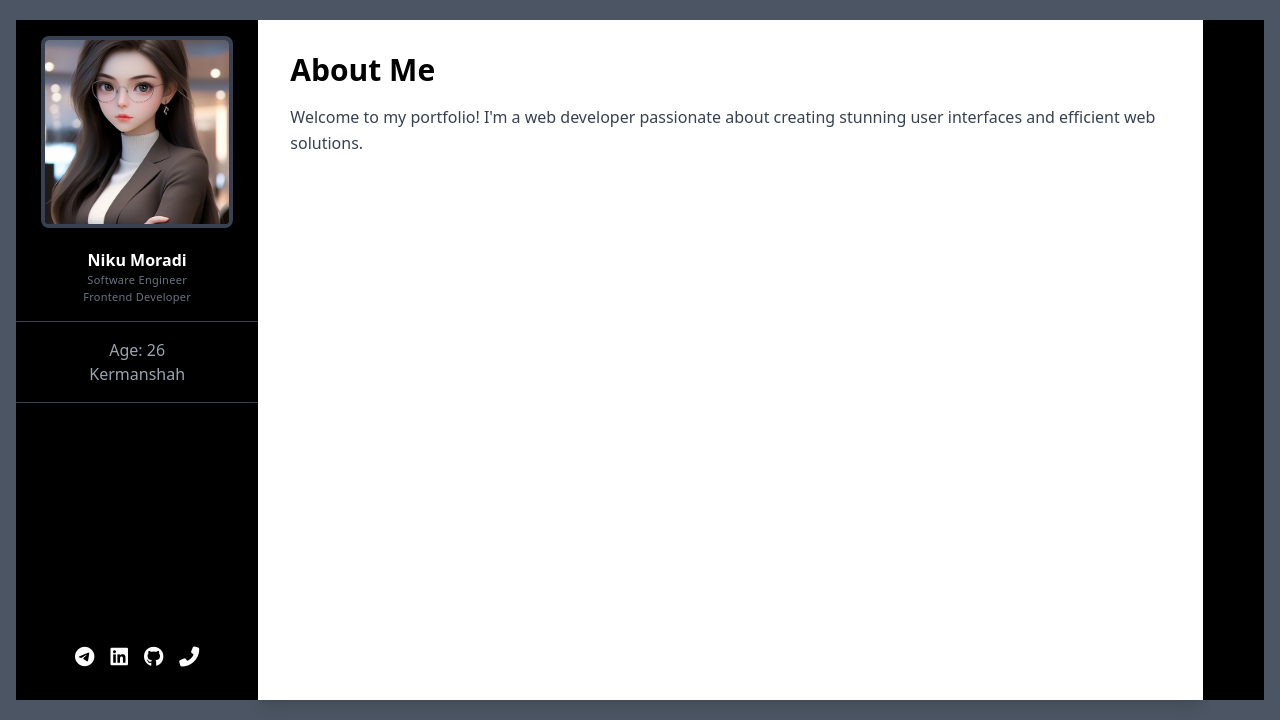
Repository: NikuMoradi/niku-moradi
Page: /
These files come from the project's save history. The page is drawn as it stood at one moment and after the next save; the edit follows.
The browser window is 1280 px wide. The pictures show the whole page.
The project was rebuilt for these pictures with package versions that can differ from the ones it lists, and the page was loaded fresh each time. The framework's server and built-in components were replaced by stand-ins that run in the browser. Also part of the build but not shown: nuxt.config.ts, components/Blog Posts/Component-Design.vue, components/Blog.vue, components/Contact.vue, components/Education.vue, components/Experience.vue, components/Hero.vue, components/Menu.vue and 3 more.

Above is the page before, as saved 2024-11-29 09:48:18.

After the next save:
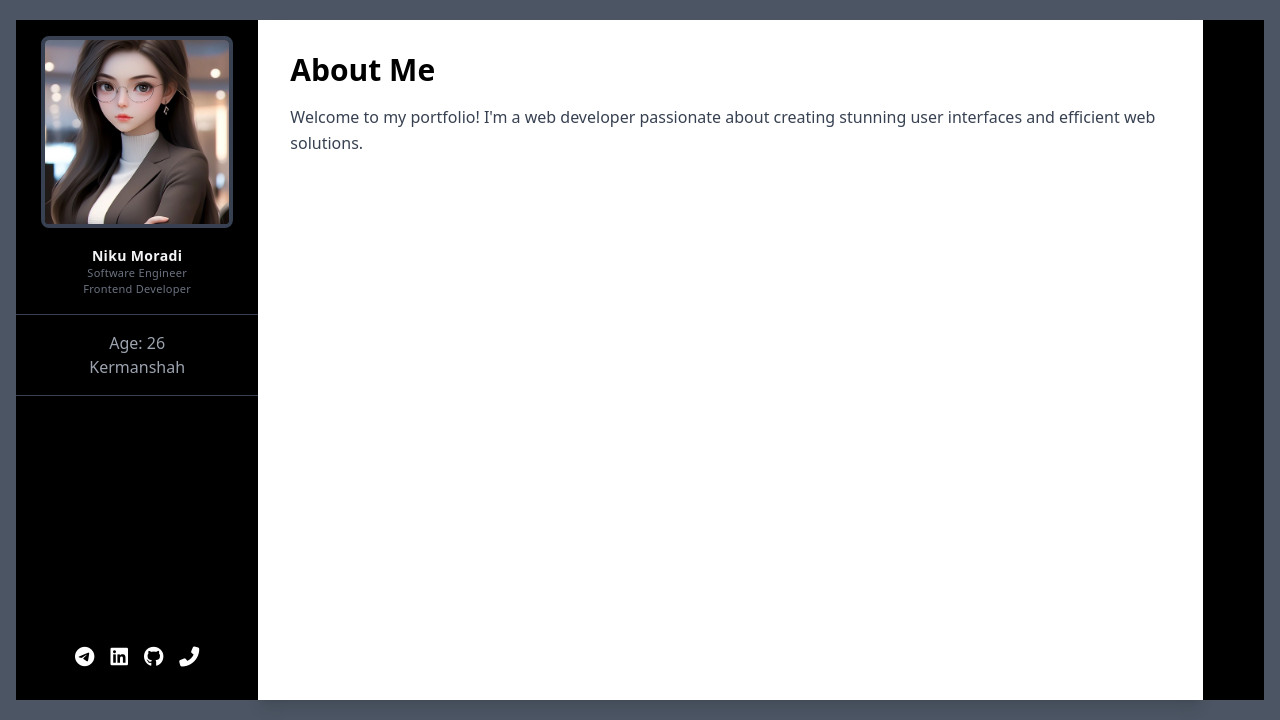
Saved 42 s later.
--- a/components/LeftPanel.vue
+++ b/components/LeftPanel.vue
@@ -12,7 +12,11 @@
         alt="Profile Picture"
         class="w-48 h-48 mb-5 rounded-lg border-4 border-gray-700 object-cover object-center"
       />
-      <h2 class="text-md font-bold">Niku Moradi</h2>
+      <h2
+        class="text-gray-100 inline-block font-poppins text-[14px] font-semibold tracking-wide leading-[16.8px] text-center"
+      >
+        Niku Moradi
+      </h2>
       <p
         class="text-gray-500 text-[11px] font-light tracking-wide leading-[16.5px] text-center"
       >
